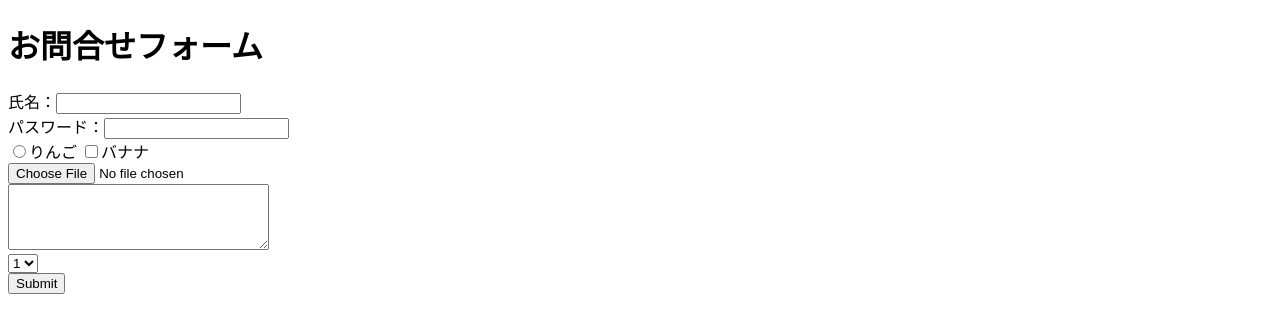
Repository: Jutta197/frontend726
Page: form.html
An editor plug-in stored every save of this project. The page is shown before and after the next save, followed by the edit.
The browser window is 1280 px wide. The pictures show the whole page.

Above is the page before, as saved 2023-07-27 15:18:58.

After the next save:
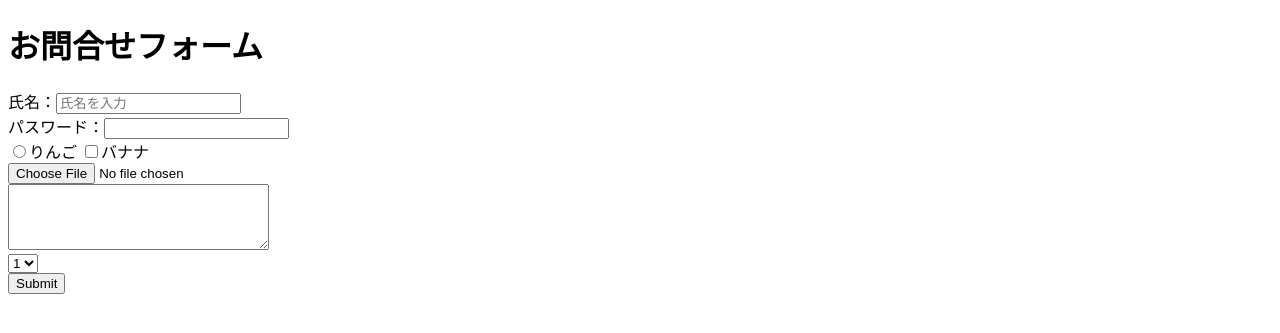
Saved 6 min 46 s later.
--- a/form.html
+++ b/form.html
@@ -10,13 +10,13 @@
 <body>
     <h1>お問合せフォーム</h1>
     <form action="" method="post">
-        氏名：<input type="text" name="name"><br>
+        氏名：<input type="text" name="name" placeholder="氏名を入力"><br>
         パスワード：<input type="password" name="password"><br>
         <input type="radio">りんご
         <input type="checkbox">バナナ<br>
         <input type="file"><br>
         <textarea name="" id="" cols="30" rows="4"></textarea><br>
-        <select name="" id="">
+        <select name="fruit" id="">
             <option value="">1</option>
             <option value="">2</option>
             <option value="">3</option>
